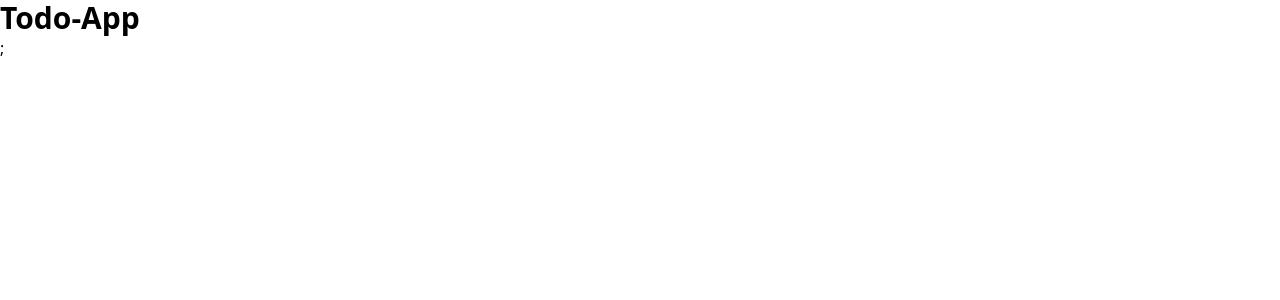
Repository: sodmaq/Todo-App
Page: /quote
An editor plug-in stored every save of this project. The page is shown before and after the next save, followed by the edit.
The browser window is 1280 px wide. The pictures show the whole page.
The project was rebuilt for these pictures with package versions that can differ from the ones it lists, and the page was loaded fresh each time. Also part of the build but not shown: vite.config.js.

Above is the page before, as saved 2024-09-03 11:38:00.

### src/App.jsx
import Header from "./components/Header";

function App() {
  return (
    <div>
      <Header />;
    </div>
  );
}

export default App;

### src/components/Header.jsx
function Header() {
  return (
    <div>
      <h1 className="text-3xl font-bold">Todo-App</h1>
    </div>
  );
}

export default Header;

Loaded but not shown: index.html (common file); src/main.jsx (common file); src/index.css (common file); tailwind.config.js (common file)

After the next save:
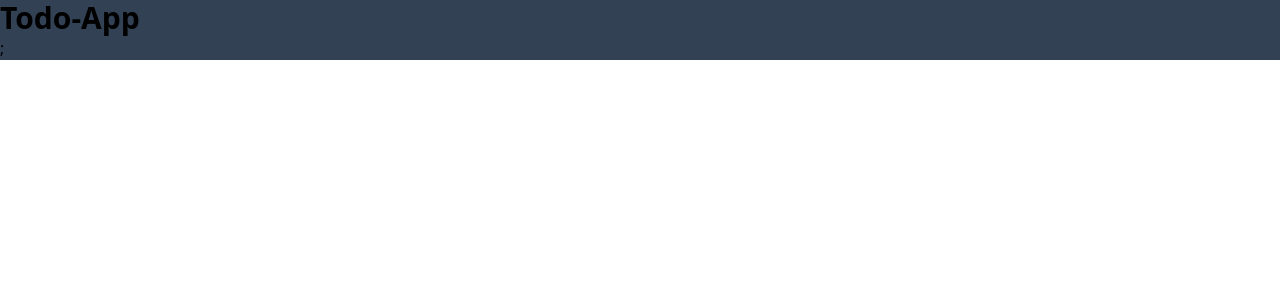
Saved 19 s later.
--- a/src/App.jsx
+++ b/src/App.jsx
@@ -2,7 +2,7 @@
 
 function App() {
   return (
-    <div>
+    <div className="bg-slate-700">
       <Header />;
     </div>
   );
